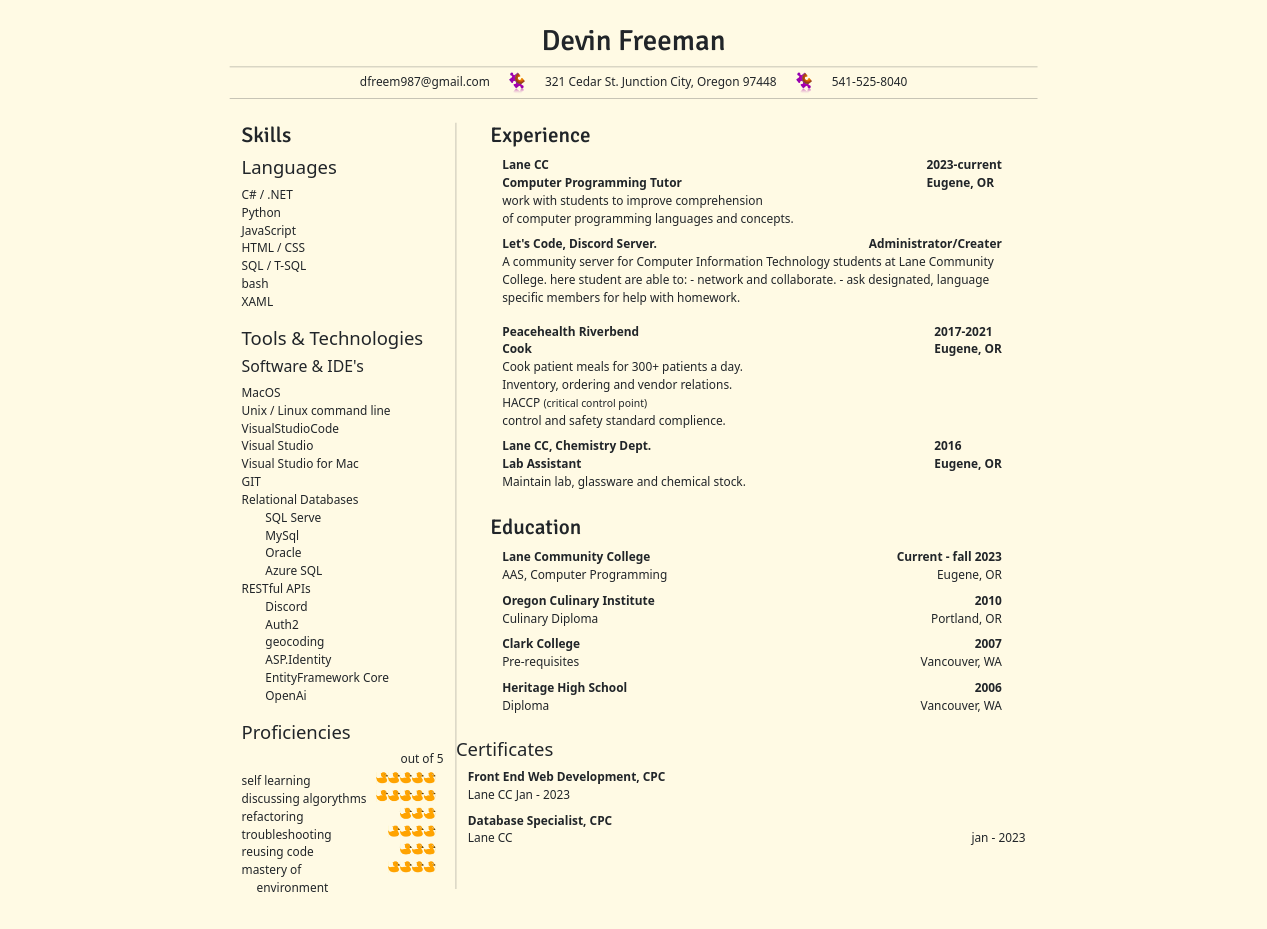
Repository: Dfreem/Resume
Page: index.html
The author's editor kept a copy of each file at every save. The page is drawn from the files as they stood at one save, then again after the next save.
The browser window is 1280 px wide. The pictures show the whole page, at 99% of full size.

Above is the page before, as saved 2023-02-13 08:04:23.

After the next save:
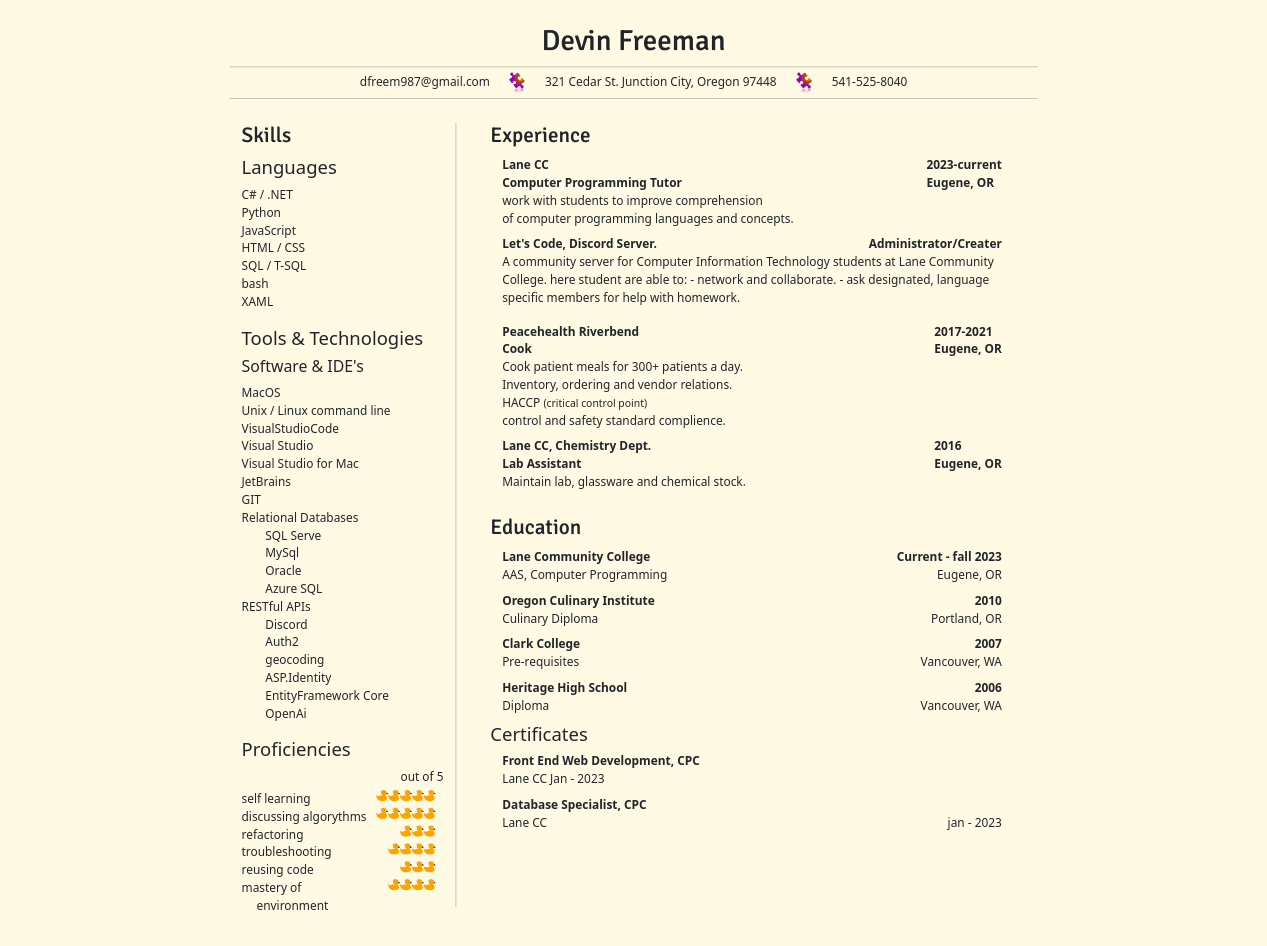
Saved 4 min 34 s later.
--- a/index.html
+++ b/index.html
@@ -67,6 +67,7 @@
                     <li>VisualStudioCode</li>
                     <li>Visual Studio</li>
                     <li>Visual Studio for Mac</li>
+                    <li>JetBrains </li>
                     <li>GIT</li>
                     <li>
                         <ul>
@@ -129,9 +130,6 @@
                 <li class="dlex flex-row flex-nowrap"></li>
             </ul>
 
-            <!-- ========= Certifications ========= -->
-
-
             <!-- ========= Professional References ========= -->
 
             <!-- <hr class="my-3" />
@@ -143,18 +141,18 @@
                             Lane CC, 2022
                         </div>
                     </dt>
-                <dd>
-                    <b>collaborator / school colleague</b><br />
-                    360-913-4165 <br />
-                    bryce.e.fisher@gmail.com.
-                </dd>
-            </dl>
-
-            <dl class="profs me-2">
-                <dt class="d-flex flex-row flex-nowrap">
-                    Ben Wilson
-                    <div class="push-right">
-                        Lane CC, 2022
+                    <dd>
+                        <b>collaborator / school colleague</b><br />
+                        360-913-4165 <br />
+                        bryce.e.fisher@gmail.com.
+                    </dd>
+                </dl>
+
+                <dl class="profs me-2">
+                    <dt class="d-flex flex-row flex-nowrap">
+                        Ben Wilson
+                        <div class="push-right">
+                            Lane CC, 2022
                     </div>
                 </dt>
                 <dd>
@@ -241,23 +239,23 @@
 
                 <!-- ========== work history slot 3 ========== -->
                 <!--
-                        <div class="container work-container">
-                            <dt class="d-flex flex-nowrap flex-row">
-                                McMenamins
+                    <div class="container work-container">
+                        <dt class="d-flex flex-nowrap flex-row">
+                            McMenamins
+                            <br />
+                            Assistant kitchen manager
+                            <div class="push-right">
+                                2011-2013
                                 <br />
-                                Assistant kitchen manager
-                                <div class="push-right">
-                                    2011-2013
-                                    <br />
-                                    Portland, OR
-                                    <br />
-                                </div>
-                            </dt>
-                            <dd class="ed-details">
-                                Staff management. Food order expeditor. <br />
-                                Proficient in all stations including Pizza Kitchen.
-                            </dd>
-                        </div> -->
+                                Portland, OR
+                                <br />
+                            </div>
+                        </dt>
+                        <dd class="ed-details">
+                            Staff management. Food order expeditor. <br />
+                            Proficient in all stations including Pizza Kitchen.
+                        </dd>
+                    </div> -->
 
                 <!-- ========== work history slot 3 ========== -->
 
@@ -332,29 +330,31 @@
                         <span class="push-right">Vancouver, WA</span>
                     </dd>
                 </div>
+                <!-- ========= Certifications ========= -->
+
+
+                <h3>Certificates</h3>
+                <div class="container work-container">
+                    <dt class="d-flex flex-row flex-nowrap">
+                        <div class="ed-title">Front End Web Development, CPC
+                        </div>
+                    </dt>
+                    <dd>
+                        <div class="push-right">Lane CC
+                            <span class="push-right">
+                                Jan - 2023
+
+                            </span>
+                        </div>
+                    </dd>
+
+                    <dt>Database Specialist, CPC </dt>
+                    <dd class="d-flex flex-row flex-nowrap">Lane CC<div class="push-right">jan - 2023</div>
+                    </dd>
+                </div>
             </dl>
 
-            <!-- ========= Extra Curricular activities ========= -->
-
-            <h3>Certificates</h3>
-            <div class="container work-container">
-                <dt class="d-flex flex-row flex-nowrap">
-                    <div class="ed-title">Front End Web Development, CPC
-                    </div>
-                </dt>
-                <dd>
-                    <div class="push-right">Lane CC
-                        <span class="push-right">
-                            Jan - 2023
-
-                        </span>
-                    </div>
-                </dd>
-
-                <dt>Database Specialist, CPC </dt>
-                <dd class="d-flex flex-row flex-nowrap">Lane CC<div class="push-right">jan - 2023</div>
-                </dd>
-            </div>
+
 
         </div>
     </div>
